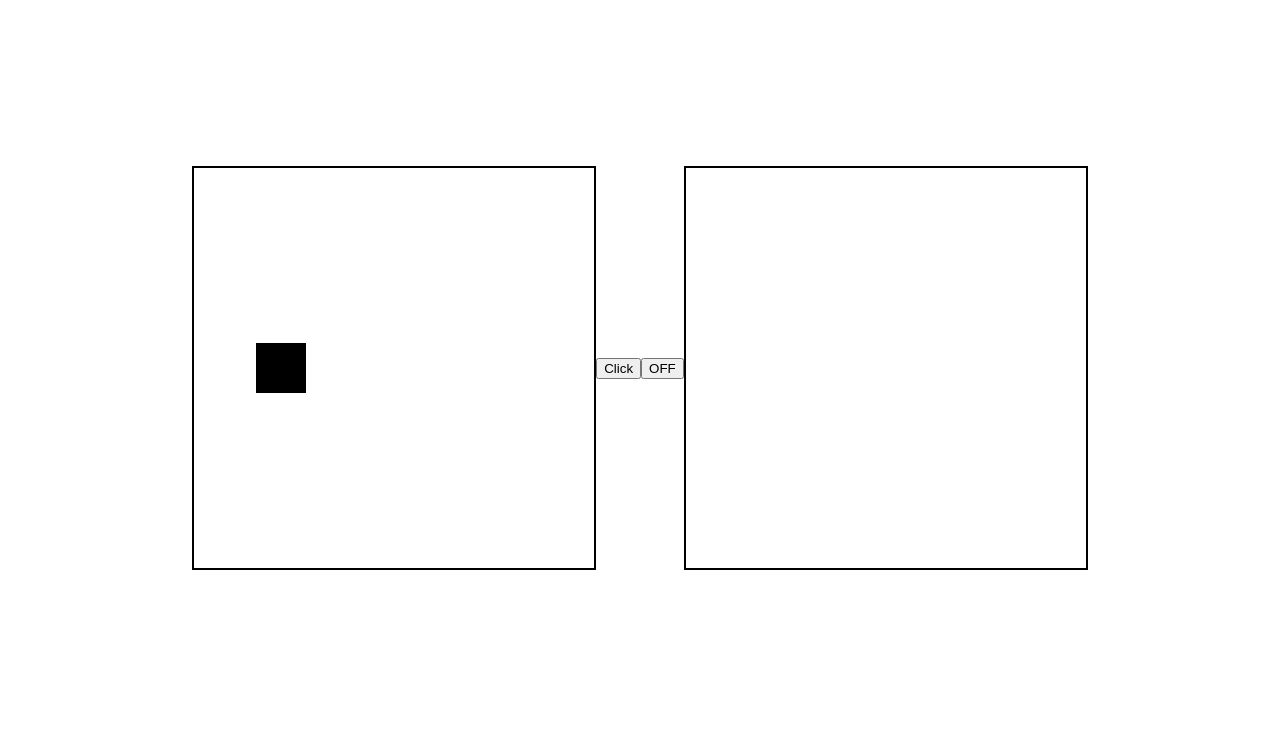
Repository: dmpelaez/photoBoothy
Page: Photobooth.html
These files come from the project's save history. The page is drawn as it stood at one moment and after the next save; the edit follows.
The browser window is 1280 px wide. The pictures show the whole page.

Above is the page before, as saved 2025-12-16 20:58:13.

After the next save:
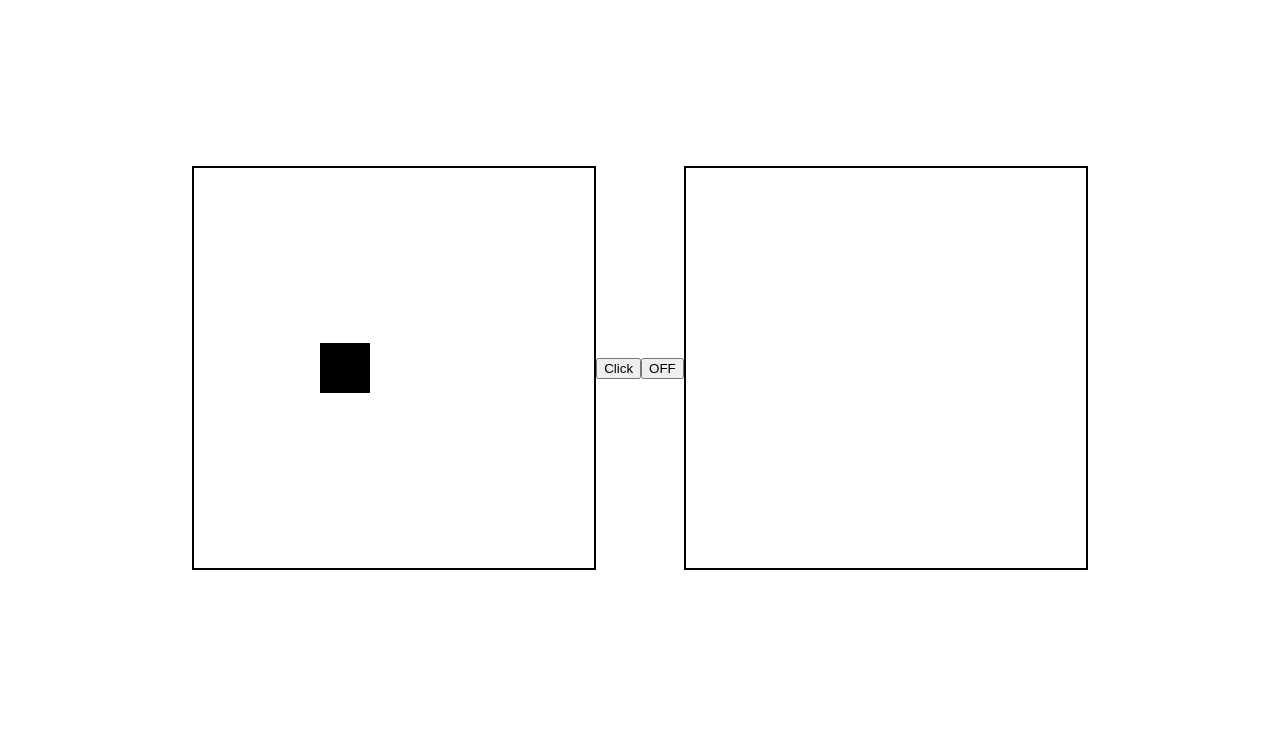
Saved 6 s later.
--- a/Photobooth.css
+++ b/Photobooth.css
@@ -21,7 +21,7 @@ display: initial;
   align-items: center;
   justify-content: center;
   position: absolute;
-  left: 20%;
+  left: 25%;
 }
 
 .timerPhoto {
